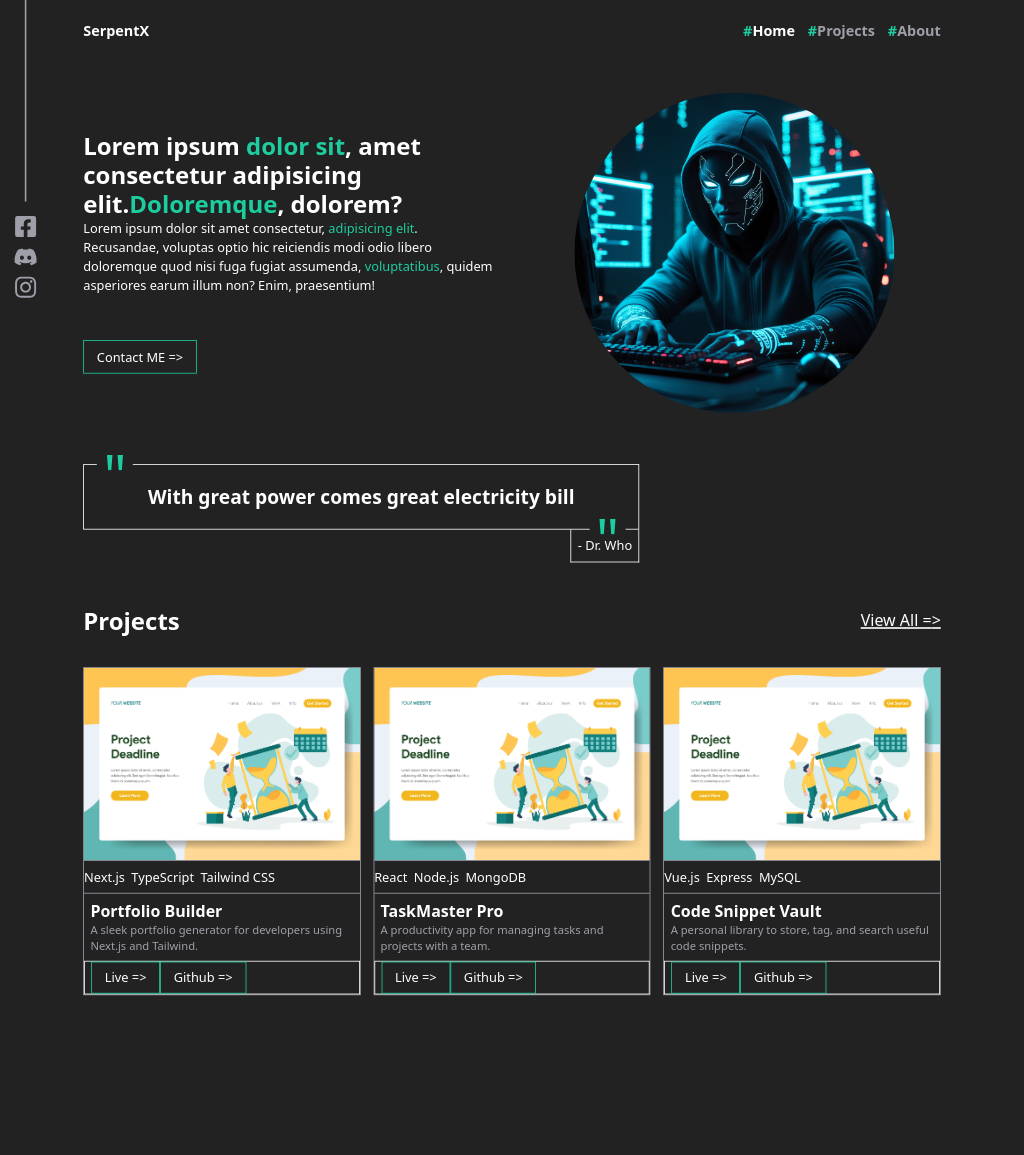
Repository: SERPENTX03/Portfolio-Tutorial
Page: /
These files come from the project's save history. The page is drawn as it stood at one moment and after the next save; the edit follows.
The browser window is 1280 px wide. The pictures show the whole page, at 80% of full size.
The project was rebuilt for these pictures with package versions that can differ from the ones it lists, and the page was loaded fresh each time. The framework's server and built-in components were replaced by stand-ins that run in the browser. Also part of the build but not shown: next.config.ts.

Above is the page before, as saved 2025-04-19 21:24:38.

After the next save:
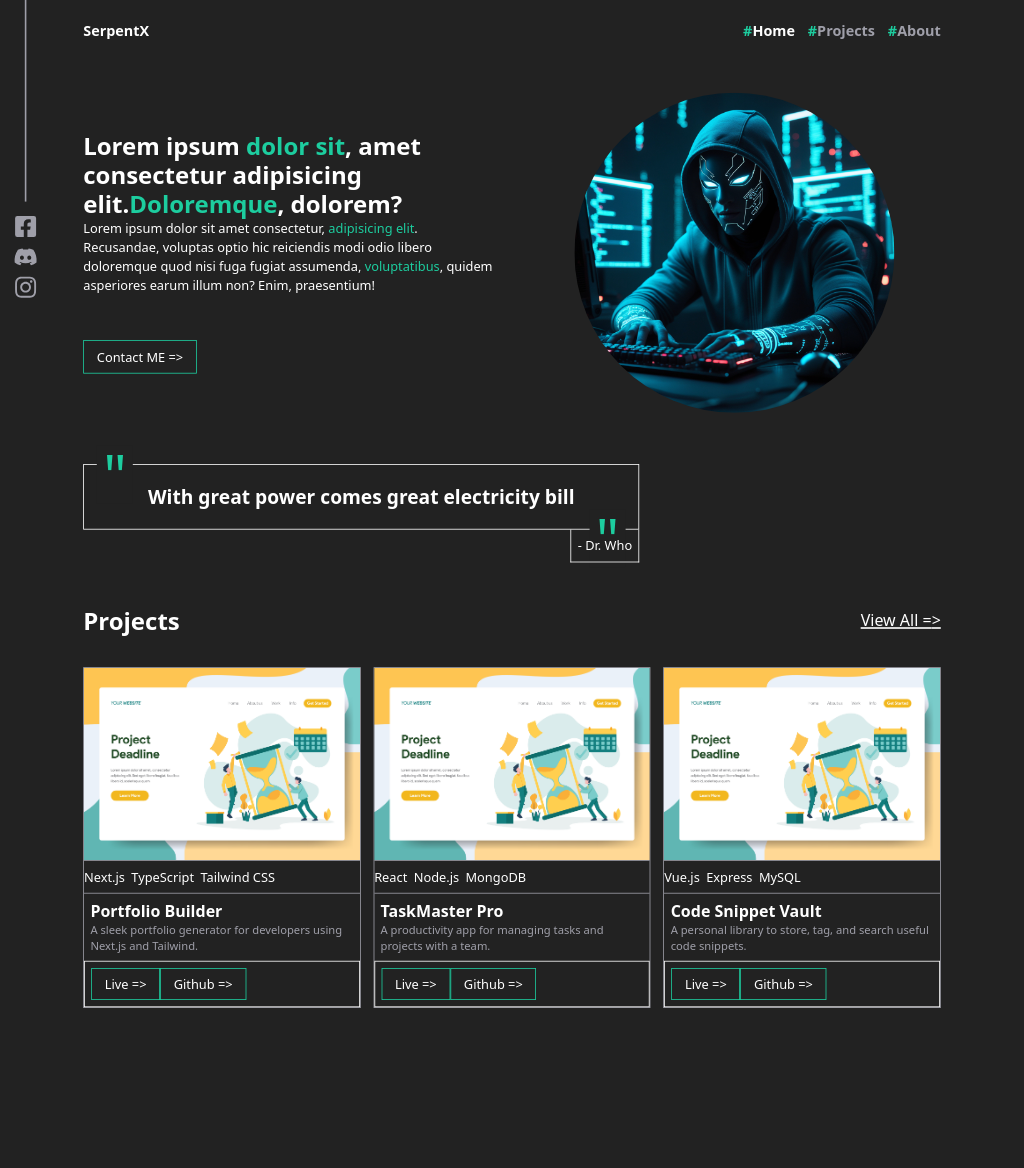
Saved 8 s later.
--- a/components/Projects.tsx
+++ b/components/Projects.tsx
@@ -31,7 +31,7 @@ const Projects = () => {
               <p className="text-sm text-text">{project.description}</p>
             </div>
             <div className="flex border h-fit gap-2 p-2">
-              <div>
+              <div className="py-2">
                 <Link href="/projects" className="hover-btn">
                   Live ={">"}
                 </Link>
